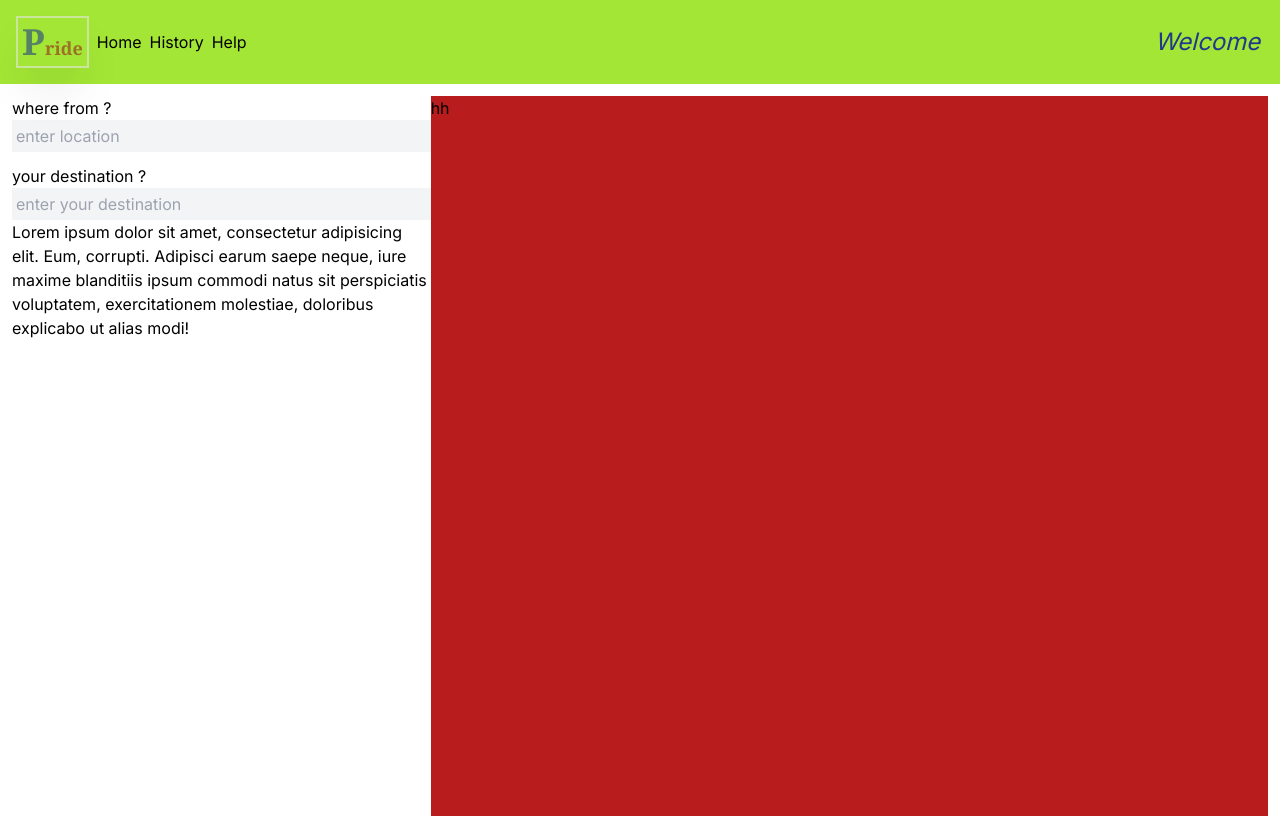
Repository: Semanmernstack/uber-mapbox
Page: /
These files come from the project's save history. The page is drawn as it stood at one moment and after the next save; the edit follows.
The browser window is 1280 px wide. The pictures show the whole page.
The page's requests for data from a server got no answer. The project was rebuilt for these pictures with package versions that can differ from the ones it lists, and the page was loaded fresh each time. Some packages were replaced by stand-ins written for this rebuild. The framework's server and built-in components were replaced by stand-ins that run in the browser. No one was signed in, and anything a server would have sent is missing. Also part of the build but not shown: next.config.js.

Above is the page before, as saved 2023-08-16 05:52:08.

After the next save:
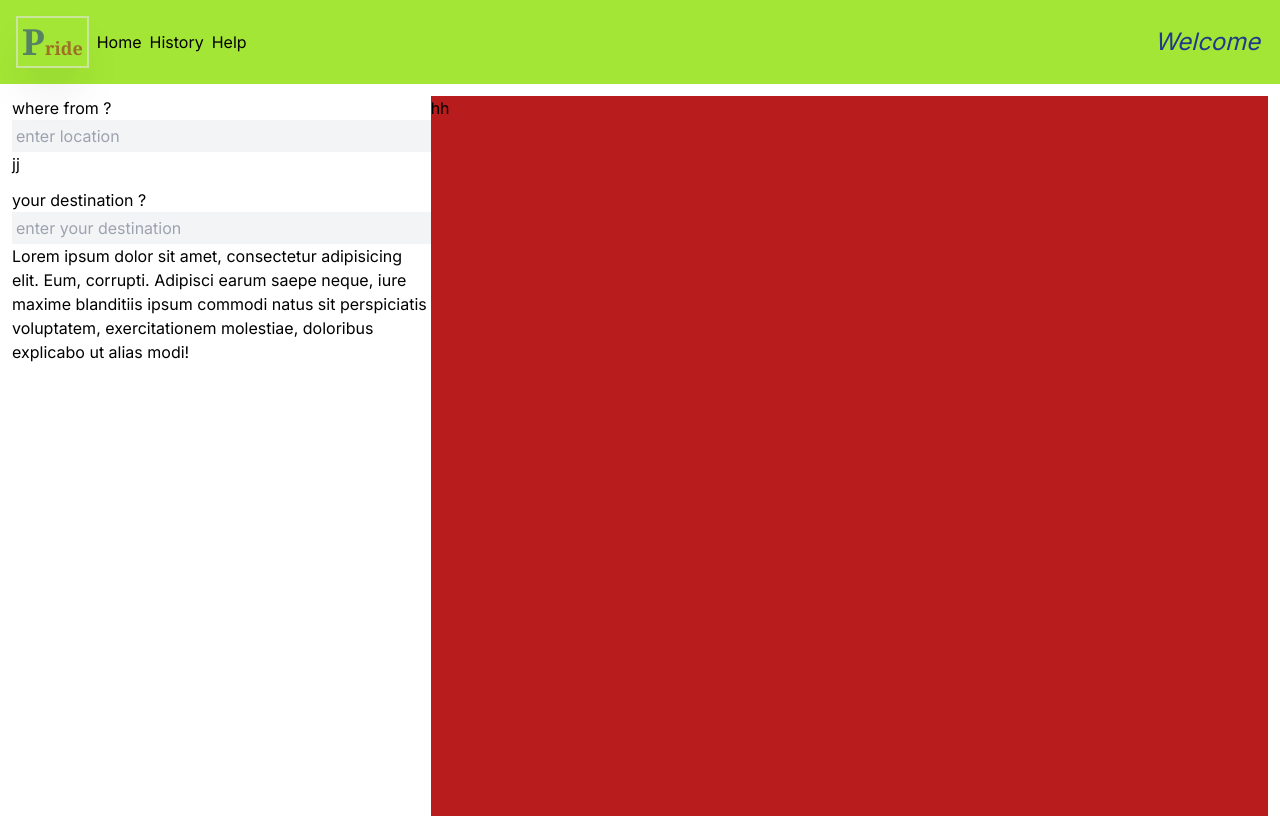
Saved 53 s later.
--- a/app/components/BookingInput.tsx
+++ b/app/components/BookingInput.tsx
@@ -40,6 +40,7 @@
                 </div> : null
 
             }
+            <h1>jj</h1>
 
         </div>
 
